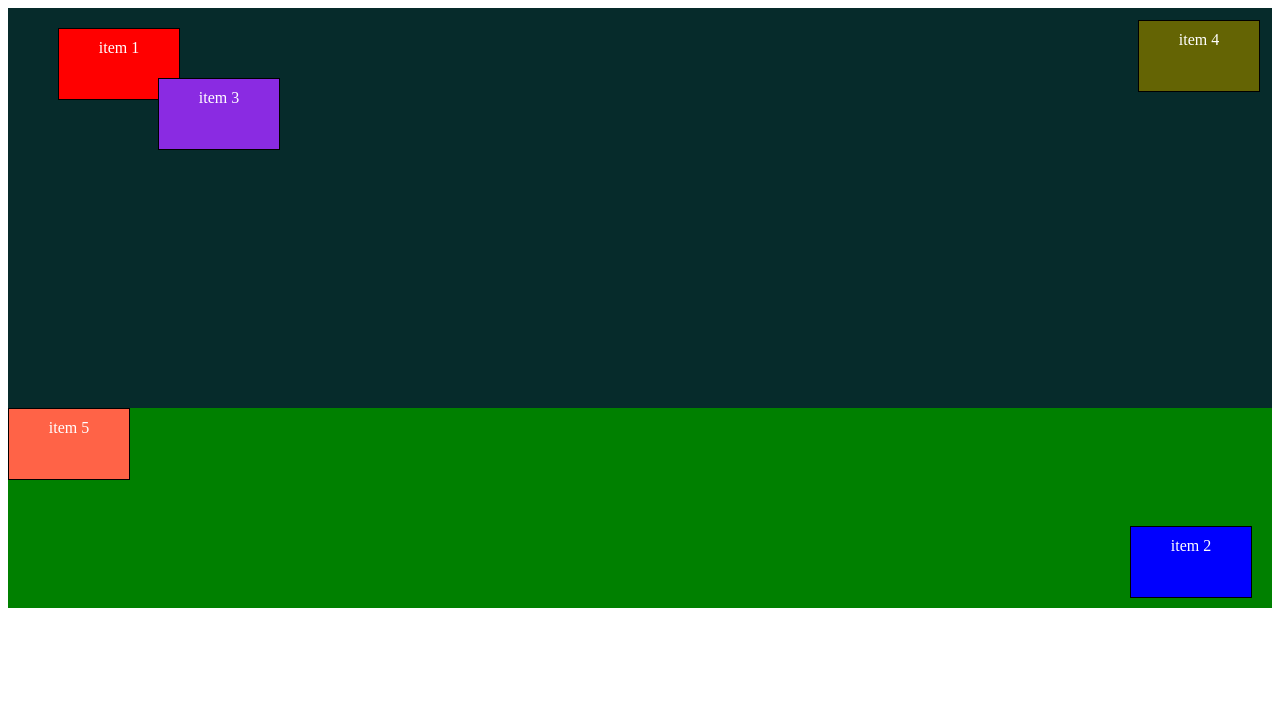
Repository: nmaury/TpsCambodge
Page: InternetProgramming/Css/sample.html
The author's editor kept a copy of each file at every save. The page is drawn from the files as they stood at one save, then again after the next save.
The browser window is 1280 px wide. The pictures show the whole page.

Above is the page before, as saved 2022-12-06 02:56:33.

### InternetProgramming/Css/sample.html
<!DOCTYPE html>
<html>
<head>
    <link rel="stylesheet" href="sample.css">
</head>
<body>
    <div class = "grand-parent">
    <div class="parent">
        <div class="item item1">item 1
        </div>
        <div class="item item3">item 3
        </div>
        <div class="item item4">item 4
        </div>
    </div>
    <div class="parent2">
        <div class="item item5">item 5
        </div>
        <div class="item item2">item 2
        </div>
    </div>
</div>
</body>
</html>

### InternetProgramming/Css/sample.css
.item{
    background-color: rgb(100,100,4);
    padding : 10px;
    width: 100px;
    height: 50px;
    color: white;
    text-align: center;
    position: absolute;
    border: 1px solid black;
}
.item1{
    background-color: red;
    left: 50px;
    top: 20px;
}
.item2{
    background-color: blue;
    bottom:10px;
    right: 20px;
}
.item3{
    background-color: blueviolet;
    left: 150px;
    top: 70px;
}
.item4{
    position: fixed;
    right: 20px;
    top: 20px;
    z-index: 5;
}
.item5{
    background-color: tomato;
    position: sticky;
}
.parent{
    background-color: rgb(6,43,43);
    width: 100%;
    height: 400px;
}
.parent2{
    background-color: green;
    width: 100%;
    height: 200px;
    position: relative;
}
.grand-parent{
    position: relative;
}

After the next save:
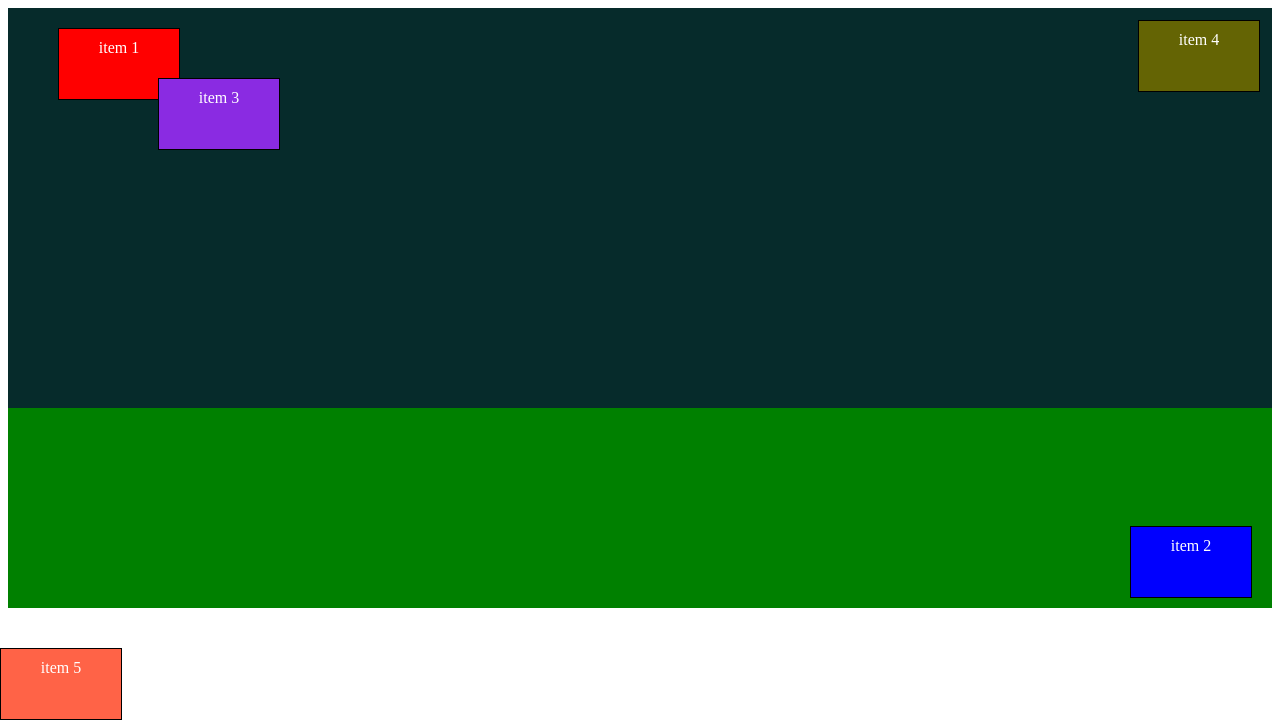
Saved 56 s later.
--- a/InternetProgramming/Css/sample.css
+++ b/InternetProgramming/Css/sample.css
@@ -31,7 +31,9 @@
 }
 .item5{
     background-color: tomato;
-    position: sticky;
+    position: fixed;
+    left:0px;
+    bottom: 0px;
 }
 .parent{
     background-color: rgb(6,43,43);
